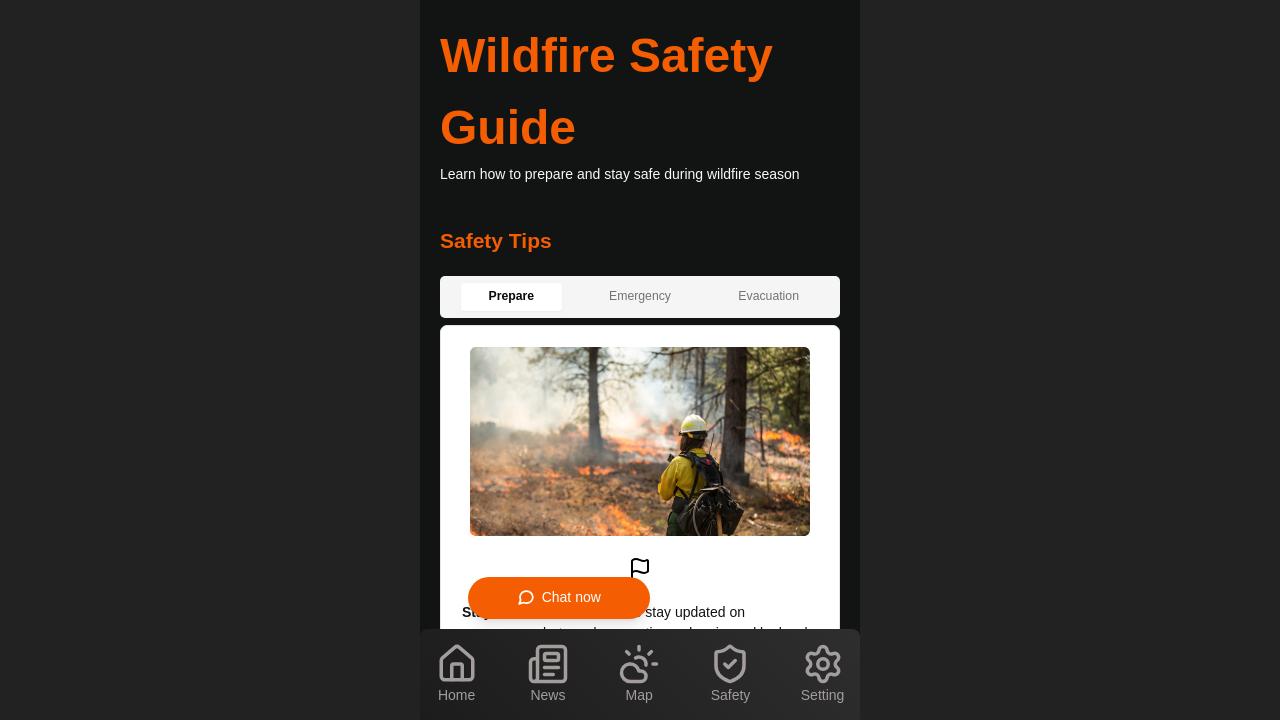
Repository: BCITKevin/Flare_IDSP
Page: /safety
The author's editor kept a copy of each file at every save. The page is drawn from the files as they stood at one save, then again after the next save.
The browser window is 1280 px wide. The pictures show the whole page.
An inner scrolling area shows only its first screen. Some web fonts or font styles are not loaded; a fallback is used. The project was rebuilt for these pictures with package versions that can differ from the ones it lists, and the page was loaded fresh each time. The framework's server and built-in components were replaced by stand-ins that run in the browser. Also part of the build but not shown: next.config.js, next.config.mjs.

Above is the page before, as saved 2024-11-30 03:46:43.

### src/app/layout.tsx
import type { Metadata } from "next";
import Script from 'next/script';
import "./globals.css";
import { BrowserRouter } from "react-router-dom";

export const metadata: Metadata = {
  title: "Flare",
  description: "Flare is disaster response platform.",
  manifest: "/manifest.json",
};

export default function RootLayout({
  children,
}: Readonly<{
  children: React.ReactNode;
}>) {
  return (
    <html lang="en">
        <head>
          <link rel="manifest" href="/manifest.json" />
          <link rel="icon" href="/favicon.ico" />
          <link rel="apple-touch-icon" href="/images/logo-192x192.png" />
          <link
            rel="stylesheet"
            href="https://cdnjs.cloudflare.com/ajax/libs/leaflet/1.9.4/leaflet.min.css"
            crossOrigin=""
          />
        </head>
        <body
          className={`antialiased`}
        >
          {children}
          <Script
            src="https://cdnjs.cloudflare.com/ajax/libs/leaflet/1.9.4/leaflet.min.js"
            strategy="beforeInteractive"
            crossOrigin=""
          />
        </body>
    </html>
  );
}

### src/app/safety/page.tsx
'use client';

import { Tabs, TabsContent, TabsList, TabsTrigger } from "@/components/ui/tabs";
import {
    Card,
    CardContent,
    // CardDescription,
    // CardFooter,
    CardHeader,
    // CardTitle,
} from "@/components/ui/card"
import styles from "./safety.module.css"
import { Backpack, Map, Flag } from "lucide-react";
import prepareHero from "../public/images/prepareHero.png"
import evacHero from "../public/images/EvacHero.png"
import emergencyHero from "../public/images/EmergencyHero.png"
import BottomNavBar from "@/components/BottomNavBar/BottomNavBar";
import React from "react";

import { useState } from "react";
import Image from "next/image";

type Message = {
    text: string;
    sender: string;
};

// Card can be reformatted into a reusable component

export default function Safety() {
    const [showChat, setShowChat] = useState(false);
    const [activeTab, setActiveTab] = useState('Prepare');
    const [prevMsg, setMsg] = useState<Message[]>([
        { text: "Hello! Is there anything about wildfires I could help you with today?", sender: 'bot' },
    ]);


    async function handleSubmit(e: React.FormEvent<HTMLFormElement>) {
        e.preventDefault()

        try {
            const message = (document.querySelector('#message') as HTMLInputElement)?.value;
            (document.querySelector('#message') as HTMLInputElement).value = '';

            console.log(message);
            setMsg((prevMsg) => [...prevMsg, { text: message, sender: 'user' }]);

            const res = await fetch('/api/safety', {
                method: 'POST',
                headers: {
                    'Content-Type': 'application/json',
                },
                body: JSON.stringify({ message }),
            });

            if (!res.ok) {
                console.error();
                throw new Error('OOPS, SOMETHIN WRONG WITH BOT');
            }
            const data = await res.json();

            const botResponse = data.chat.content || "Sorry, I can't process your request. Please try again";

            setMsg((prevMsg) => [...prevMsg, { text: botResponse, sender: 'bot' }]);

            console.log('from gpt: ', botResponse);
        }
        catch (err) {
            console.error(err);
        }
    }

    const prepareText = `
    <strong>Stay informed:</strong> It’s crucial to stay updated on emergency alerts and evacuation orders issued by local authorities. Regularly check with Flare and turn on notifications and stay updated with the news. These alerts provide critical information about wildfire locations, safe zones, and road closures.
    <br><br>
    <strong>Assemble an emergency kit:</strong> Include:
    <ul>
        <li>- First aid supplies, such as bandages, antiseptics, and pain relievers.</li>
        <li>- Enough non-perishable food and water to sustain your household for at least 3 days.</li>
        <li>- Flashlights with spare batteries, a multi-tool, a whistle for signaling, and a fire extinguisher.</li>
        <li>- Personal hygiene items, blankets, and clothing suitable for various weather conditions.</li>
    </ul>
    <br>
    <strong>Follow evacuation routes:</strong> Use the safest, predefined routes recommended by local authorities. Avoid unfamiliar roads that could be blocked or unsafe. Always have a physical map in case of GPS or mobile network failure.
    <br><br>
    <strong>Leave as early as possible:</strong> Don’t wait until the last moment to evacuate. Early action reduces risks and allows emergency responders to focus on critical areas. Traffic congestion and panic during last-minute evacuations can pose additional dangers.
    <br><br>
    <strong>Assist neighbors if possible:</strong> Check on those in your community who may need help, especially the elderly, people with disabilities, or families without transportation. Offer support by carpooling or sharing resources.
    <br><br>
    <strong>Keep your vehicle ready:</strong> Ensure your vehicle is in good condition with a full gas tank. Keep the keys easily accessible, park the car facing outward for a quick exit, and load essential items in advance to save time during an emergency.
    <br><br>
    <strong>Practice your evacuation plan:</strong> Conduct regular drills with your household to ensure everyone knows their roles and responsibilities. Familiarity with the process can reduce stress and confusion during an actual emergency.
    <br><br>
    <strong>Create a defensible space around your home:</strong> Clear dry leaves, branches, and other flammable materials at least 30 feet from your home. Trim tree branches to a height of at least 6 feet to prevent fire from climbing. Regularly maintain gutters and roofs by removing debris. Store firewood and other combustible items far from structures.
    <br><br>
    `;


    const emergencyText = `
    <strong>If you are in danger, contact emergency services immediately:</strong> Dial the emergency hotline 911 if your safety is compromised. Or  call 1 800 663-5555 toll-free or <strong>*5555</strong> on a cellphone to report a wildfire. Clearly state your location and the nature of the emergency to ensure responders can locate you quickly. Avoid using the line for non-critical updates to keep it free for those in immediate need.
    <br><br>
    <strong>Stay inside if safe:</strong> If evacuation is not possible, shelter in place in a safe room. Select an area with minimal windows and external doors, preferably one located at the center of your home or on the opposite side of the fire’s path. Keep the space stocked with basic necessities, including water, flashlights, and communication devices.
    <br><br>
    <strong>Block air entry:</strong> Use duct tape, wet towels, or other materials to seal gaps around doors and windows to prevent smoke infiltration. Shut off HVAC systems and close vents to further limit the entry of hazardous air.
    <br><br>
    <strong>Listen to official information:</strong> Stay tuned to updates from local authorities via radio, mobile apps, or reliable online sources. Avoid spreading or acting on unverified information that may cause unnecessary panic.
    <br><br>
    <strong>Use face coverings:</strong> If you need to go outside or smoke enters your shelter, use wet towels, bandanas, or certified N95 masks to filter harmful particles. This is especially important for individuals with respiratory issues, the elderly, and young children.
    <br><br>
    <strong>Stay hydrated:</strong> Drink plenty of water to combat dehydration caused by heat and smoke inhalation. Avoid alcohol or caffeinated drinks, which can exacerbate dehydration. If possible, keep oral rehydration salts or electrolyte drinks on hand.
    <br><br>
    <strong>Be prepared for power outages:</strong> Wildfires may disrupt electricity. Keep flashlights, extra batteries, and a manual crank radio available. Charge your devices in advance and consider using portable power banks.
    <br><br>
    <strong>Plan for communication:</strong> If mobile networks are down, use walkie-talkies or pre-established signals with neighbors and family to communicate effectively.
    <br><br>
    <strong>Protect pets and livestock:</strong> Keep your pets in a secure area with food and water. If possible, move livestock to open areas far from fire hazards.
    <br><br>
    <strong>Monitor air quality:</strong> Use air purifiers indoors if available and check air quality levels through official channels to minimize smoke-related health risks.
    `;


    const evacuationText = `
    <strong>Develop a family emergency plan:</strong> Create a detailed emergency plan that includes designated meeting spots, multiple communication strategies, and escape routes for different scenarios. Assign responsibilities to each family member and rehearse the plan frequently to ensure everyone is prepared.
    <br><br>
    <strong>Prepare to leave immediately:</strong>
    - Ensure you have gathered all essential items ahead of time to avoid delays. These include:
    <br><br>
    <ul>
        <li>- <strong>Medications</strong>, including prescription drugs and a basic first aid kit for minor injuries.</li>
        <li>- <strong>Important documents</strong>, such as government-issued IDs, insurance papers, property deeds, and emergency contact information.</li>
        <li>- Your <strong>emergency kit</strong> as outlined in the prepare section</li>
        <li>- Personal items like clothing, toiletries, and any essential supplies for infants, pets, or elderly family members.</li>
    </ul>
    <br>
    <strong>Keep important documents ready:</strong> Store essential documents like birth certificates, passports, medical records, and insurance policies in a waterproof, fireproof safe. Back up digital copies to cloud storage or an external hard drive.
    <br><br>
    <strong>Know your local risk level:</strong> Familiarize yourself with wildfire risks in your area by consulting local government websites and fire risk maps. Participate in community evacuation drills to understand the best practices and routes in case of an emergency.
    <br><br>
    <strong>Sign up for emergency alerts:</strong> Subscribe to wildfire and weather warning systems offered by local authorities.
    <br><br>
    <strong>Invest in fire-resistant building materials:</strong> Upgrade your home with fire-resistant roofing, siding, and windows. Install ember-resistant vents to prevent sparks from entering your home.
    <br><br>
    <strong>Prepare your vehicle:</strong> Keep your car in good working condition, with a full gas tank and an emergency kit inside. Include maps, a spare tire, tools, and extra supplies to ensure mobility during an evacuation.
    <br><br>
    <strong>Coordinate with your neighbors:</strong> Work together with your community to create a wildfire response plan. Share resources, such as tools and safety tips, to enhance collective preparedness.
    <br><br>
    <strong>Learn fire suppression techniques:</strong> Take basic training on how to use a fire extinguisher and other suppression tools effectively. Know when to evacuate instead of attempting to combat the fire yourself.
    <br><br>
    <strong>Advocate for local safety measures:</strong> Encourage local governments to implement wildfire prevention strategies, such as controlled burns, community fuel breaks, and infrastructure upgrades.
    `;




    return (
        <body className="min-h-screen overflow-y-auto">
            <div className="safetyLayout h-full overflow-y-auto mb-44">
                <div className={`mb-12 ${styles.safetyHeading}`}>
                    <h1>
                        Wildfire Safety Guide
                    </h1>
                    <p className={styles.whiteText}>
                        Learn how to prepare and stay safe during wildfire season
                    </p>
                </div>
                {/* <Card className="p-5 mt-3 transition-all duration-300 hover:shadow-lg border-l-4 border-l-orange-500">
                    <CardHeader className="p-0 mb-3">
                        <div className="flex items-center gap-2">
                            <strong className={`${styles.articleBody} text-lg`}>
                                Based on your Location and Recent Weather
                            </strong>
                        </div>
                    </CardHeader>
                    <CardContent className="p-0">
                        <div className="flex flex-col gap-2">
                            <p className={`${styles.articleBody} leading-relaxed`}>
                                Consider bringing:
                            </p>
                            <ul className="list-disc ml-5 space-y-1">
                                <li className={styles.articleBody}>Extra water (1 gallon per person)</li>
                                <li className={styles.articleBody}>Cooling towels</li>
                                <li className={styles.articleBody}>Sun protection (hat, sunscreen)</li>
                            </ul>
                        </div>
                    </CardContent>
                </Card> */}
                <div className={`${styles.safetyHeading} mb-6 mt-6`}>
                    <h3 className="text-2xl font-bold">
                        Safety Tips
                    </h3>
                </div>
                <div className="mt-2">
                <Tabs defaultValue="Prepare" className="w-full flex flex-col" onValueChange={setActiveTab}>
                        <TabsList className="space-x-8 p-6">
                            <TabsTrigger value="Prepare" className={`w-full ${activeTab === 'Prepare' ? styles.activeTab : ''}`}>Prepare</TabsTrigger>
                            <TabsTrigger value="Emergency" className={`w-full ${activeTab === 'Emergency' ? styles.activeTab : ''}`}>Emergency</TabsTrigger>
                            <TabsTrigger value="Evacuation" className={`w-full ${activeTab === 'Evacuation' ? styles.activeTab : ''}`}>Evacuation</TabsTrigger>
                        </TabsList>
                        <TabsContent value="Prepare">
                            <Card className={`${styles.card} p-6 flex flex-col items-center mb-24`}>
                                <Image src={prepareHero} width={340} height={189} alt="a rescue worker looking towards a wildfire" />
                                <Flag color="black" className="m-6" />
                                <p dangerouslySetInnerHTML={{ __html: prepareText }} className={styles.articleBody} />
                            </Card>
                        </TabsContent>
                        <TabsContent value="Emergency">
                            <Card className={`${styles.card} p-6 flex flex-col items-center mb-24`}>
                                <Image src={emergencyHero} width={340} height={189} alt="a rescue worker looking towards a wildfire" />
                                <Backpack color="black" className="m-6" />
                                <p dangerouslySetInnerHTML={{ __html: emergencyText }} className={styles.articleBody} />
                            </Card>
                        </TabsContent>
                        <TabsContent value="Evacuation">
                            <Card className={`${styles.card} p-6 flex flex-col items-center mb-24`}>
                                <Image src={evacHero} width={340} height={189} alt="a rescue worker looking towards a wildfire" />
                                <Map color="black" className="m-6" />
                                <p dangerouslySetInnerHTML={{ __html: evacuationText }} className={styles.articleBody} />
                            </Card>
                        </TabsContent>
                    </Tabs>
                </div>
                {showChat ? (
                    <>
                        <div className="justify-center items-center flex overflow-x-hidden overflow-y-auto fixed inset-0 z-50 outline-none focus:outline-none">
                            <div className="relative w-full h-full mx-auto max-w-3xl px-4 pt-6 pb-24">
                                <div className="border-0 rounded-lg shadow-lg relative flex flex-col w-full h-full bg-white outline-none focus:outline-none">
                                    {/* Header */}
                                    <div className="flex items-center justify-between p-4 border-b border-solid border-gray-200">
                                        <h3 className="text-lg font-semibold text-gray-900">Flare Assistant</h3>
                                        <button
                                            className="p-1 ml-auto border-0 text-black float-right text-3xl leading-none font-semibold"
                                            onClick={() => setShowChat(false)}
                                        >
                                            ×
                                        </button>
                                    </div>

                                    {/* Chat Messages */}
                                    <div className="relative p-4 flex-auto overflow-y-auto">
                                        {prevMsg.map((msg, i) => (
                                            <div key={i} className={`flex ${msg.sender === 'user' ? 'justify-end' : 'justify-start'} mb-4`}>
                                                <div className={`rounded-lg px-4 py-2 max-w-[80%] ${
                                                    msg.sender === 'user'
                                                    ? 'bg-[var(--orange)] text-white'
                                                    : 'bg-gray-100 text-gray-800'
                                                }`}>
                                                    {msg.text}
                                                </div>
                                            </div>
                                        ))}
                                    </div>

                                    {/* Input Form */}
                                    <div className="border-t border-solid border-gray-200 p-4">
                                        <form onSubmit={handleSubmit} className="flex gap-2">
                                            <input
                                                type="text"
                                                id="message"
                                                placeholder="Type your message..."
                                                className="flex-grow px-4 py-2 border border-gray-300 rounded-full focus:outline-none focus:border-[var(--orange)]"
                                            />
                                            <button
                                                type="submit"
                                                className="bg-[var(--orange)] text-white rounded-full px-6 py-2"
                                            >
                                                Send
                                            </button>
                                        </form>
                                    </div>
                                </div>
                            </div>
                        </div>
                        <div className="opacity-25 fixed inset-0 z-40 bg-black"></div>
                    </>
                ) : null}
                <div className="flex flex-col fixed bottom-24 rounded-md px-6 py-3 m-2 items-center gap-4 transition-all duration-300">
                    {/* <div>
                        <span className="flex justify-center text-white ">Flare Assistant</span>
                        <p className="text-white text-base">Ask us about how you can stay safe</p>
                    </div> */}
                    <button
                        className="flex justify-center bg-[var(--orange)] text-white rounded-full shadow-lg transition-all duration-300 flex items-center gap-2 px-4 py-2 w-3/4 hover:border-2 hover:border-white box-border w-52 h-12"
                        onClick={() => setShowChat(true)}
                    >
                        <img src="/icons/message-circle.svg" alt="chatbot icon" className="w-5 h-5 filter invert brightness-0" />
                        <span>Chat now</span>
                    </button>
                </div>
            </div>
            <BottomNavBar />
        </body>
    )
}

### src/components/ui/card.tsx
import * as React from "react"

import { cn } from "@/lib/utils"

const Card = React.forwardRef<
  HTMLDivElement,
  React.HTMLAttributes<HTMLDivElement>
>(({ className, ...props }, ref) => (
  <div
    ref={ref}
    className={cn(
      "rounded-lg border border-neutral-200 bg-white text-neutral-950 shadow-sm dark:border-neutral-800 dark:bg-neutral-950 dark:text-neutral-50",
      className
    )}
    {...props}
  />
))
Card.displayName = "Card"

const CardHeader = React.forwardRef<
  HTMLDivElement,
  React.HTMLAttributes<HTMLDivElement>
>(({ className, ...props }, ref) => (
  <div
    ref={ref}
    className={cn("flex flex-col space-y-1.5", className)}
    {...props}
  />
))
CardHeader.displayName = "CardHeader"

const CardTitle = React.forwardRef<
  HTMLParagraphElement,
  React.HTMLAttributes<HTMLHeadingElement>
>(({ className, ...props }, ref) => (
  <h3
    ref={ref}
    className={cn(
      "text-2xl font-semibold leading-none tracking-tight",
      className
    )}
    {...props}
  />
))
CardTitle.displayName = "CardTitle"

const CardDescription = React.forwardRef<
  HTMLParagraphElement,
  React.HTMLAttributes<HTMLParagraphElement>
>(({ className, ...props }, ref) => (
  <p
    ref={ref}
    className={cn("text-sm text-neutral-500 dark:text-neutral-400", className)}
    {...props}
  />
))
CardDescription.displayName = "CardDescription"

const CardContent = React.forwardRef<
  HTMLDivElement,
  React.HTMLAttributes<HTMLDivElement>
>(({ className, ...props }, ref) => (
  <div ref={ref} className={cn("pt-6", className)} {...props} />
))
CardContent.displayName = "CardContent"

const CardFooter = React.forwardRef<
  HTMLDivElement,
  React.HTMLAttributes<HTMLDivElement>
>(({ className, ...props }, ref) => (
  <div
    ref={ref}
    className={cn("flex items-center pt-6", className)}
    {...props}
  />
))
CardFooter.displayName = "CardFooter"

export { Card, CardHeader, CardFooter, CardTitle, CardDescription, CardContent }

### src/app/safety/safety.module.css

.safetyHeading {
    color: var(--orange);
}

.articleBody {
    color: var(--black);
}

.articleBody *{
    color: var(--black);
}

.whiteText {
    color: var(--white);
}

.activeTab {
    box-shadow: 0 4px 6px rgba(0,0,0, 0.3);
    font-weight: bold;
    transition: ease-in-out 0.2s;
}

@media only screen and (max-width: 600px) {
    .appLayout {
      overflow-y: scroll;
      padding-bottom: 8rem;
  }
}

### src/components/BottomNavBar/BottomNavBar.module.css
.navContainer {
  position: fixed;
  bottom: 0;
  width: 440px;

  display: flex;
  align-items: flex-end;
  gap: 18px;
  justify-content: space-around;

  color: var(--l-grey);
  border-radius: 8px 8px 0 0;
  background: linear-gradient(45deg, #1c1c1c 0.25%, #2e2e2e 99.75%);
}

.navIcon {
  display: flex;
  flex-direction: column;
  align-items: center;
  transition: color 0.3s, transform 0.3s, background-color 0.3s;
  padding: 1rem 12px;
  border-radius: 8px;
}

.navIcon:hover {
  color: #000000;
  transform: translateY(-2px);

  background-color: var(--white);
}

.active {
  color: grey; /* 활성화 시 색상 */
  transform: scale(1.1);
  background-color: #2b2b2b;
}

Loaded but not shown: src/lib/utils.ts (common file); src/app/globals.css (310 lines, source omitted); src/components/BottomNavBar/BottomNavBar.jsx (106 lines, source omitted); tailwind.config.ts (96 lines, source omitted); src/components/ui/tabs.tsx (55 lines, source omitted)

After the next save:
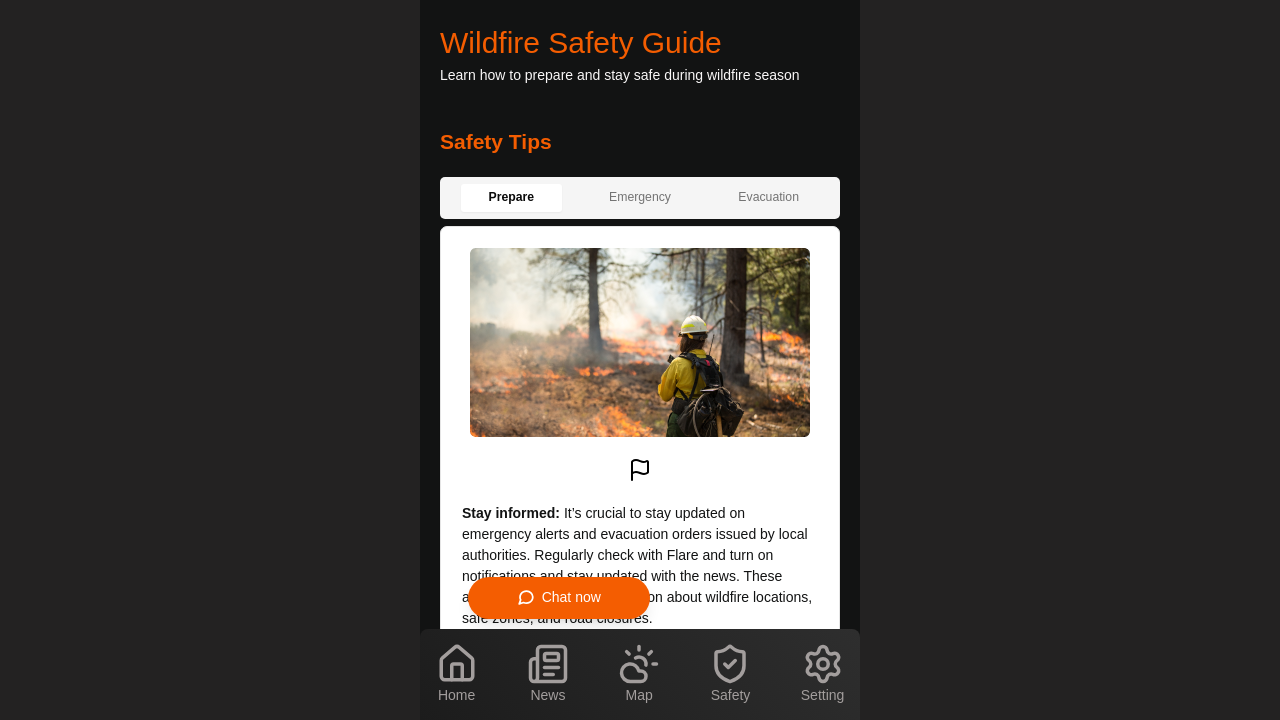
Saved 27 min 36 s later.
--- a/src/app/safety/page.tsx
+++ b/src/app/safety/page.tsx
@@ -156,9 +156,9 @@ export default function Safety() {
         <body className="min-h-screen overflow-y-auto">
             <div className="safetyLayout h-full overflow-y-auto mb-44">
                 <div className={`mb-12 ${styles.safetyHeading}`}>
-                    <h1>
+                    <h2>
                         Wildfire Safety Guide
-                    </h1>
+                    </h2>
                     <p className={styles.whiteText}>
                         Learn how to prepare and stay safe during wildfire season
                     </p>
